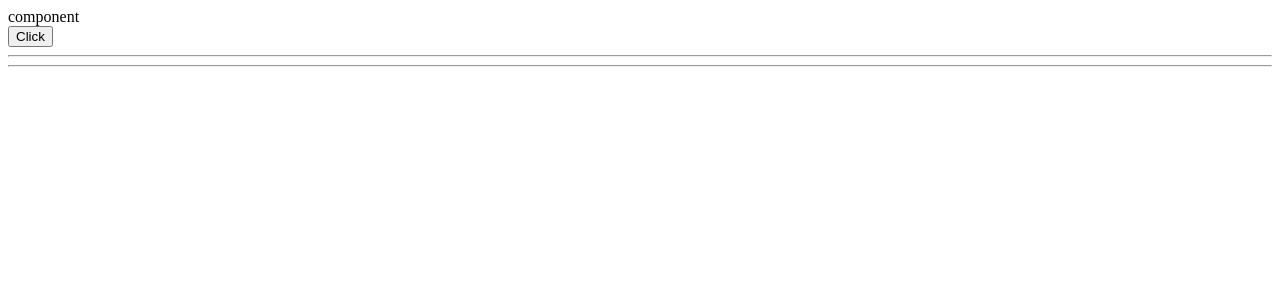
Repository: RyuGeunHwan/code_J
Page: Vuejs/22-08-10 vuejs Vue컴포넌트.html
The author's editor kept a copy of each file at every save. The page is drawn from the files as they stood at one save, then again after the next save.
The browser window is 1280 px wide. The pictures show the whole page.

Above is the page before, as saved 2022-08-10 14:45:35.

### Vuejs/22-08-10 vuejs Vue컴포넌트.html
<!DOCTYPE html>
<html lang="en">
<head>
    <meta charset="UTF-8">
    <meta http-equiv="X-UA-Compatible" content="IE=edge">
    <meta name="viewport" content="width=device-width, initial-scale=1.0">
    <title>Vue 컴포넌트 전역등록 방법 및 사용</title>
    <script src="https://cdn.jsdelivr.net/npm/vue/dist/vue.js"></script>
</head>
<body>
    <div id="app">
        <!-- {{name}} <br>
         button을 누르게 되면 #app-1의 name인 app-1이 app updated로 바뀌게된다. Vue인스턴스를 변수에 넣어서 사용하였기 때문에.
        <button @click="changeText">Click</button> -->
        <!-- component의 사용은 설정해주었던 이름을 태그로 사용해주면 된다. -->
        <kossie-button></kossie-button>

    </div>
    <hr><hr>


    <div id="app-1">
       <!-- {{name}} <br>
        <button @click="changeText">Click</button>
        <kossie-button> 태그로 출력하는 kossie-button은 전역으로 등록한 component이다.
        <kossie-button></kossie-button> -->
    </div>


    <script>
        //vue인스턴스가 생성되기전에 Vue.component생성
        // hello world 전역등록
        // Vue.component('hello-world',{
        //     template:`<div>hello world</div>`
        // })


        // // 전역 컴포넌트 등록(어떤 vue인스턴스에서도 사용가능)
        // Vue.component('kossie-button',{
        //     //template안에는 html태그가 들어가게된다.
        //     template:
        //     //template는 하나의 태그안에 모든 콘텐츠들이 있어야한다는 vue의 규칙이 있다.
        //     `
        //     <div>
        //         {{name}} <br>
        //         <hello-world></hello-world>
        //         <button @click="changeText">Click</button>
        //     </div>
        //     `,

        //     //컴포넌트 만들때 data는 함수를 만들어서 Object를 return 해주면 된다.
        //     data(){
        //         return{
        //             name: 'component'
        //         }
        //     },
        //     methods:{
        //         changeText(){
        //             this.name = 'app updated'
        //        }
        //     }
        // });


        // hello world 지역등록
        const HelloWorld = {
            templete:`<div>hello world</div>`
        }

        //지역 컴포넌트 등록
        const KossieButton = {
            components:{
                'hello-world' : HelloWorld
            },
            template:
            `
            <div>
                {{name}} <br>
                <hello-world></hello-world>
                <button @click="changeText">Click</button>
            </div>
            `,
            //컴포넌트 만들때 data는 함수를 만들어서 Object를 return 해주면 된다.
            data(){
                return{
                    name: 'component'
                }
            },
            methods:{
                changeText(){
                    this.name = 'app updated'
               }
            }
        }

        const app = new Vue({
            el: '#app',
            components: {
                'kossie-button' : KossieButton
            }
            // data:{
            //   name: 'app'
            // },
            // methods:{
            //     changeText(){
            //         this.name = 'app updated'
            //    }
            // }
        })

       const app1 = new Vue({
            el: '#app-1',
            components: {
                //지역으로 등록한 component
                'kossie-button' : KossieButton
            }
    //         // data:{
    //         //   name: 'app-1'
    //         // },
    //         // methods:{
    //         //    changeText(){
    //         //         this.name = 'app-1 updated'
    //         //    }
    //         // }
        })
    </script>
</body>
</html>

After the next save:
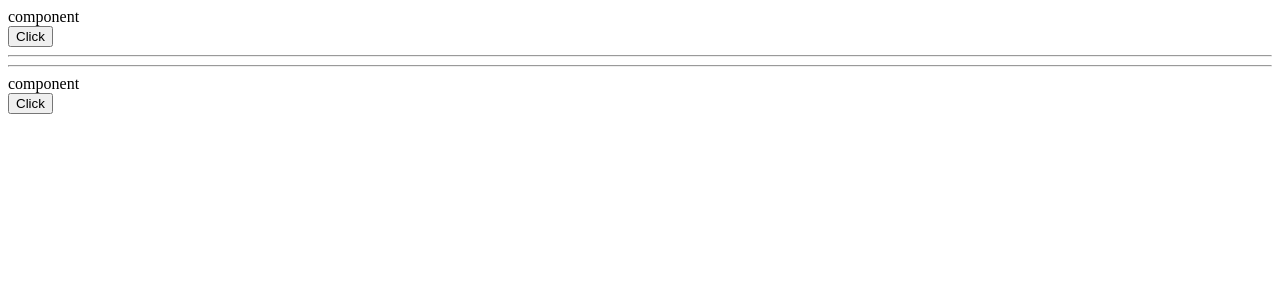
Saved 67 s later.
--- a/Vuejs/22-08-10 vuejs Vue컴포넌트.html
+++ b/Vuejs/22-08-10 vuejs Vue컴포넌트.html
@@ -22,8 +22,8 @@
     <div id="app-1">
        <!-- {{name}} <br>
         <button @click="changeText">Click</button>
-        <kossie-button> 태그로 출력하는 kossie-button은 전역으로 등록한 component이다.
-        <kossie-button></kossie-button> -->
+        <kossie-button> 태그로 출력하는 kossie-button은 전역으로 등록한 component이다. -->
+        <kossie-button></kossie-button>
     </div>
 
 
@@ -64,8 +64,8 @@
 
         // hello world 지역등록
         const HelloWorld = {
-            templete:`<div>hello world</div>`
-        }
+            templete: '<div>hello world</div>'
+        };
 
         //지역 컴포넌트 등록
         const KossieButton = {
